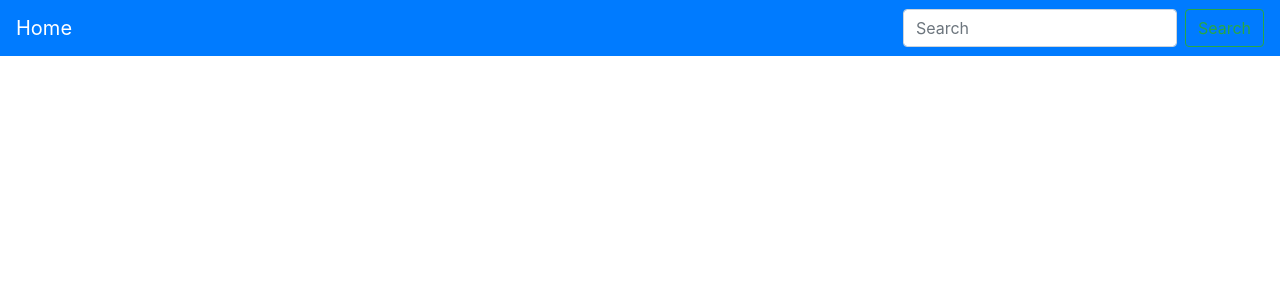
Repository: p2job/javawebapp
Page: http://localhost/demojsp/
An editor plug-in stored every save of this project. The page is shown before and after the next save, followed by the edit.
The browser window is 1280 px wide. The pictures show the whole page.
The page is served by Tomcat 9.

Above is the page before, as saved 2020-07-31 07:44:23.

### demojsp/WebContent/index.jsp
  <%@page contentType="text/html" pageEncoding="UTF-8"%>
  <%@ page import="java.sql.*"  %>
<!DOCTYPE html>
<html>
<head>
<meta http-equiv="Content-Type" content="text/html; charset=UTF-8">
<meta name="viewport" content="width=device-width, initial-scale=1, shrink-to-fit=no">
<link rel="stylesheet" href="https://stackpath.bootstrapcdn.com/bootstrap/4.5.0/css/bootstrap.min.css" integrity="sha384-9aIt2nRpC12Uk9gS9baDl411NQApFmC26EwAOH8WgZl5MYYxFfc+NcPb1dKGj7Sk" crossorigin="anonymous">
<title>Insert title here</title>
</head>
<body>
	<nav class="navbar navbar-dark bg-primary">
  <a class="navbar-brand">Home</a>
  <form class="form-inline" action="search.jsp" method="post">
    <input class="form-control mr-sm-2" type="search" placeholder="Search" aria-label="Search">
    <button class="btn btn-outline-success my-2 my-sm-0" type="submit">Search</button>
  </form>
</nav>
	<script src="https://code.jquery.com/jquery-3.5.1.slim.min.js" integrity="sha384-DfXdz2htPH0lsSSs5nCTpuj/zy4C+OGpamoFVy38MVBnE+IbbVYUew+OrCXaRkfj" crossorigin="anonymous"></script>
    <script src="https://cdn.jsdelivr.net/npm/popper.js@1.16.0/dist/umd/popper.min.js" integrity="sha384-Q6E9RHvbIyZFJoft+2mJbHaEWldlvI9IOYy5n3zV9zzTtmI3UksdQRVvoxMfooAo" crossorigin="anonymous"></script>
    <script src="https://stackpath.bootstrapcdn.com/bootstrap/4.5.0/js/bootstrap.min.js" integrity="sha384-OgVRvuATP1z7JjHLkuOU7Xw704+h835Lr+6QL9UvYjZE3Ipu6Tp75j7Bh/kR0JKI" crossorigin="anonymous"></script>
</body>
</html>

After the next save:
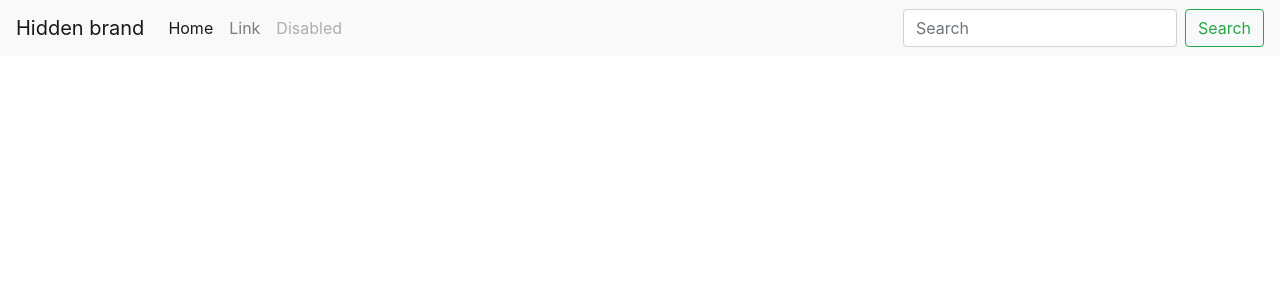
Saved 77 s later.
--- a/demojsp/WebContent/index.jsp
+++ b/demojsp/WebContent/index.jsp
@@ -9,12 +9,28 @@
 <title>Insert title here</title>
 </head>
 <body>
-	<nav class="navbar navbar-dark bg-primary">
-  <a class="navbar-brand">Home</a>
-  <form class="form-inline" action="search.jsp" method="post">
-    <input class="form-control mr-sm-2" type="search" placeholder="Search" aria-label="Search">
-    <button class="btn btn-outline-success my-2 my-sm-0" type="submit">Search</button>
-  </form>
+	<nav class="navbar navbar-expand-lg navbar-light bg-light">
+  <button class="navbar-toggler" type="button" data-toggle="collapse" data-target="#navbarTogglerDemo01" aria-controls="navbarTogglerDemo01" aria-expanded="false" aria-label="Toggle navigation">
+    <span class="navbar-toggler-icon"></span>
+  </button>
+  <div class="collapse navbar-collapse" id="navbarTogglerDemo01">
+    <a class="navbar-brand" href="#">Hidden brand</a>
+    <ul class="navbar-nav mr-auto mt-2 mt-lg-0">
+      <li class="nav-item active">
+        <a class="nav-link" href="#">Home <span class="sr-only">(current)</span></a>
+      </li>
+      <li class="nav-item">
+        <a class="nav-link" href="#">Link</a>
+      </li>
+      <li class="nav-item">
+        <a class="nav-link disabled" href="#" tabindex="-1" aria-disabled="true">Disabled</a>
+      </li>
+    </ul>
+    <form class="form-inline my-2 my-lg-0">
+      <input class="form-control mr-sm-2" type="search" placeholder="Search" aria-label="Search">
+      <button class="btn btn-outline-success my-2 my-sm-0" type="submit">Search</button>
+    </form>
+  </div>
 </nav>
 	<script src="https://code.jquery.com/jquery-3.5.1.slim.min.js" integrity="sha384-DfXdz2htPH0lsSSs5nCTpuj/zy4C+OGpamoFVy38MVBnE+IbbVYUew+OrCXaRkfj" crossorigin="anonymous"></script>
     <script src="https://cdn.jsdelivr.net/npm/popper.js@1.16.0/dist/umd/popper.min.js" integrity="sha384-Q6E9RHvbIyZFJoft+2mJbHaEWldlvI9IOYy5n3zV9zzTtmI3UksdQRVvoxMfooAo" crossorigin="anonymous"></script>
